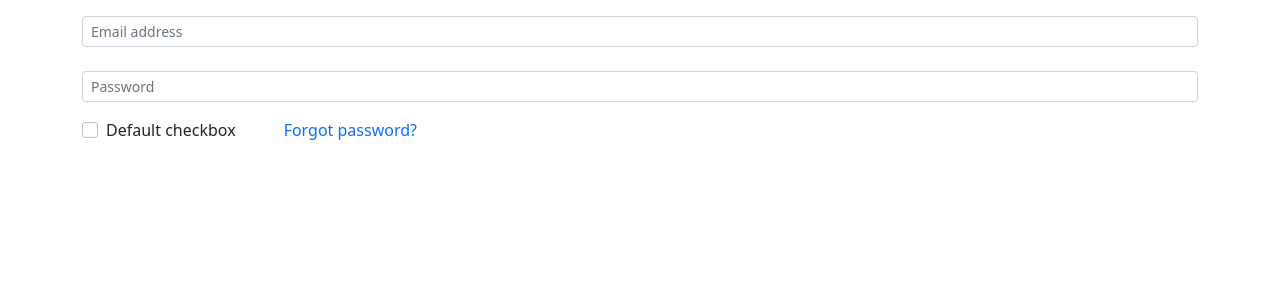
Repository: NPhanA/React2022
Page: / (app in Day 03-React/exercise/)
The author's editor kept a copy of each file at every save. The page is drawn from the files as they stood at one save, then again after the next save.
The browser window is 1280 px wide. The pictures show the whole page.
The project was rebuilt for these pictures with package versions that can differ from the ones it lists, and the page was loaded fresh each time. Also part of the build but not shown: Day 03-React/exercise/src/App.css, Day 03-React/exercise/src/App.js, Day 03-React/exercise/src/Components/UserAgent.js, Day 03-React/exercise/src/Components/ProfileCard.js.

Above is the page before, as saved 2022-07-26 17:31:51.

After the next save:
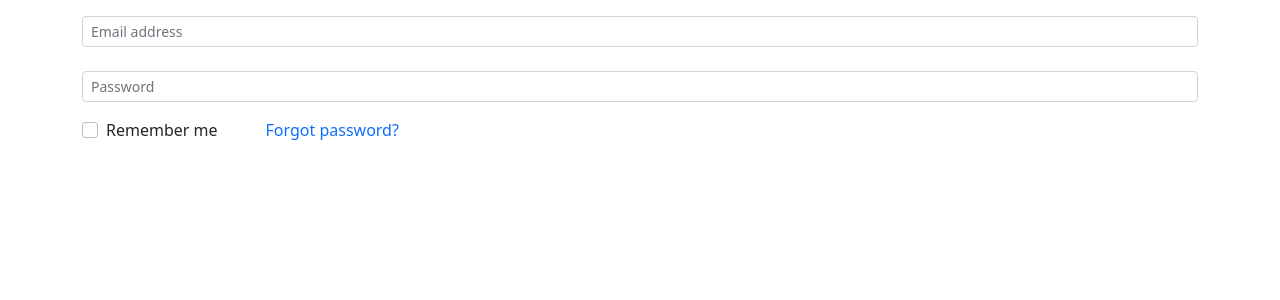
Saved 106 s later.
--- a/Day 03-React/exercise/src/Components/SignInForm.js
+++ b/Day 03-React/exercise/src/Components/SignInForm.js
@@ -12,7 +12,7 @@ function SignInForm() {
                 <div class="form-check mt-3">
                 <input className="form-check-input" type="checkbox" value="" id="flexCheckDefault"></input>
                     <label class="form-check-label" for="flexCheckDefault">
-                     Default checkbox
+                     Remember me
                 </label>
                 <span className="text-primary ms-5">Forgot password?</span>
 </div>
